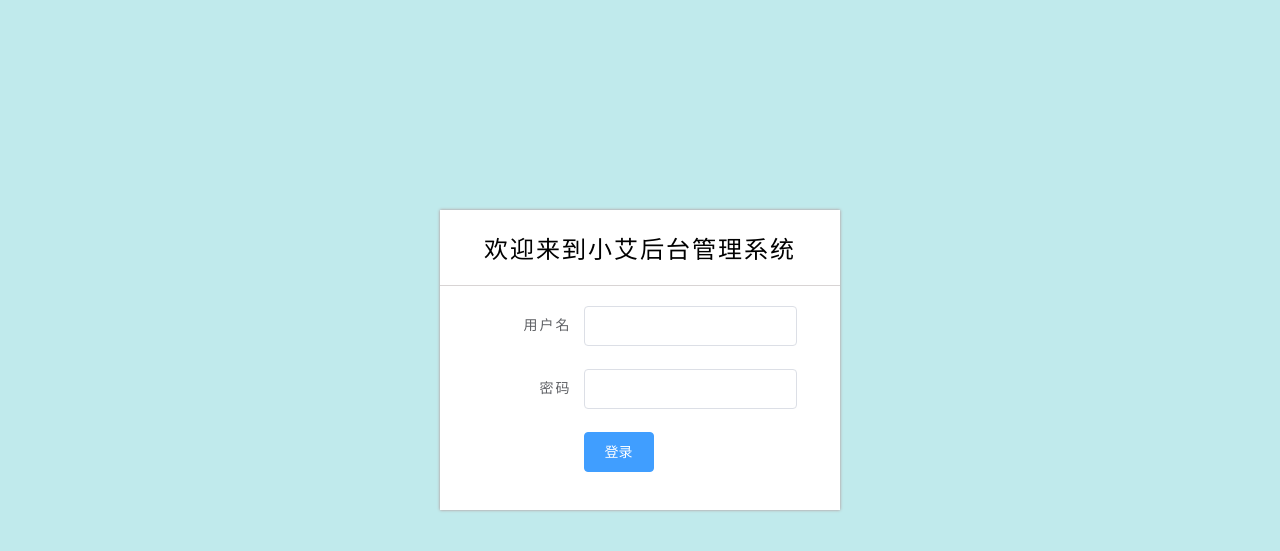
Repository: noob-injoker/router-slots-cw-ee
Page: /Login
An editor plug-in stored every save of this project. The page is shown before and after the next save, followed by the edit.
The browser window is 1280 px wide. The pictures show the whole page.
The project was rebuilt for these pictures with package versions that can differ from the ones it lists, and the page was loaded fresh each time. Also part of the build but not shown: vue.config.js, src/views/Home.vue.

Above is the page before, as saved 2020-08-28 17:36:36.

### src/main.js
import Vue from 'vue'
import App from './App.vue'
import router from './router'
import store from './store'
import './bus'
import ElementUI from 'element-ui'
import 'element-ui/lib/theme-chalk/index.css'

Vue.use(ElementUI)

Vue.config.productionTip = false

new Vue({
  router,
  store,
  render: h => h(App)
}).$mount('#app')

### src/App.vue
<template>
<div id="app">

  <router-view />

</div>
</template>

<style>
@import './styles/styles.scss';
@import './styles/common.scss';
</style>

### src/router/index.js
import Vue from 'vue'
import VueRouter from 'vue-router'
import Home from '../views/Home.vue'
import Layout from '../views/Home.vue'

Vue.use(VueRouter)

  const routes = [
    {
      path: '/',
      name: 'Layout',
      component: Layout,
      children: [

        {
          path: '',
          name: 'Home',
          component: Home
        }
        // ,
        // {
        //   path: 'cata',
        //   name: 'cata',
        //   component: () => import('../views/cata.vue')
        // }
      ]

    },
    {
      path:'/Login',
      name:"Login",
      component: () => import('../views/Login.vue'),
      meta:{
        title:'登录'
      }
    },
  // ,
  // {
  //   path: '/about',
  //   name: 'About',
  //   // route level code-splitting
  //   // this generates a separate chunk (about.[hash].js) for this route
  //   // which is lazy-loaded when the route is visited.
  //   component: () => import(/* webpackChunkName: "about" */ '../views/About.vue')
  // }

]

const router = new VueRouter({
  mode: 'history',
  base: process.env.BASE_URL,
  routes
})

export default router

### src/store/index.js
import Vue from 'vue'
import Vuex from 'vuex'

Vue.use(Vuex)

export default new Vuex.Store({
  state: {
    some:""
  },
  mutations: {
    setSome(state,data){
      state.some = data
    }
  },
  actions: {
  },
  modules: {
  }
})

### src/bus/index.js
import Vue from 'vue'
const bus = new Vue()
Vue.prototype.$bus = bus

### src/styles/common.scss
*{
  margin: 0px;
  padding: 0px;
}

.df{
  display: flex;
}
.f-1{
  flex: 1;
}
.j-center{
  display: flex;
  justify-content: center;

}
.j-bettween{
  display: flex;
  justify-content: space-between;

}
.j-around{
  display: flex;
  justify-content: space-around;
}
.j-end{
  display: flex;
  justify-content: flex-end;
}
.a-center{
  align-items: center;
}
.f-column{
  display: flex;
  flex-direction: column;
}
.p-r{
  position: relative;
}
.p-a{
  position: absolute;
}

.r1{
  border: 1px solid red;
}
.y1{
  border: 1px solid yellow;
}
.b1{
  border: 1px solid black;
}

.l-height32{
  line-height: 32px;
}
.w100{

  width: 100%;

}
.t-center{
  text-align: center;

}
.f12{
  font-size: 12px;
}

.w1170{
  width: 1170px;
}
.h100{
  height: 100px;
}
.h70{
  height: 70px;
}
.h436{
  height: 436px;
}
.h350{
  height: 350px;
}
.w1070{
  width: 1070px;
}
.h1590{
  height: 1590px;
}
.h726{
  height: 726px;
}
.w1054{
  width: 1054px;
}
.h160{
  height: 160px;
}
.w732{
  width: 732px;
}
.b2{
  border: 2px solid black;
}
.h434{
  height: 434px;

}
.h600{
  height: 600px;
}
.w1078{
  width: 1078px;
}
.h362{
  height: 362px;
}
.fs16{
  font-size: 16px;
}
.w652{
  width: 652px;

}
.h82{
  height: 82px;
}
.w1064{
  width: 1064px;
}
.h352{
  height: 352px;
}
.w286{
  width: 286px;
}
.h22{
  height: 22px;
}
.w290{
  width: 290px;
}
.h330{
  height: 330px;
}
.mt40{
  margin-top: 40px;
}
.h724{
  height: 724px;
}
.h630{
  height: 630px;

}
.w1058{
  width: 1058px;
}
.h160{
  height: 160px;
}
.w290{
  width: 290px;
}
.w738{
  width: 738px;
}
.w1170{
  width: 1170;
}
.h468{
  height: 468px;
}
.mt20{
  margin-top: 20px;
}
.h318{
  height: 318px;
}
.w652{
  width: 652px;
}
.w370{
  width: 370px;
}
.h314{
  height: 314px;
}
.g1{
  border: 1px solid gray;
}
.w146{
  width: 146px;
}
.box_content3_pic img{
  width: 100%;
  height: 100%;
}
.w488{
  width: 488px;
}
.h420{
  height: 420px;
}
.h234{
  height: 234px;
}
.w950{
  width: 950px;
}
.h68{
  height: 68px;
}
.w124{
  width: 124px;
}
.h50{
  height: 50px;
}
.w190{
  width: 190px;
}
.h44{
  height: 44px;
}
.w184{
  width: 184px;
}
.h32{
  height: 32px;
}
.h400{
  height: 400px;
}
.w1200{
  width: 1200px;
}
.w950{
  width: 950px;

}
.h630{
  height: 630px;
}
.h188{
  height: 188px;
}
.h380{
  height: 380px;
}
.h335{
  height: 335px;
}
.h138{
  height: 138px;
}
.w238{
  width: 238px;
}
.h668{
  height: 668px;
}
.h446{
  height: 446px;
}
.w460{
  width: 460px;
}
.w140{
  width: 140px;
}
.h140{
  height: 140px;
}
.w320{
  width: 320px;
}
.w950{
  width: 950px;

}
.h498{
  height: 498px;
}
.h100{
  height: 100px;
}
.h398{
  height: 398px;
}
.mb10{
  margin-bottom: 10px;
}
.w358{
  width: 358px;
}
.w440{
  width: 440px;
}
.w119{
  width: 119px;
}
.h30{
  height: 30px;
}
.w59{
  width: 59px;
}
.h88{
  height: 88px;
}
.w1000{
  width: 1000px;
}
.height{
  height: 460px;
}
.w120{
  width: 120px;
}
.h70{
  height: 70px;
}
.fs12{
  font-size: 12px;
}
.fs14{
  font-size: 14px;
}
.h509{
  height: 509px;
}
.w644{
  width: 644px;
}
.w274{
  width: 274px;
}
.w162{
  width: 274px;
}
.h104{
  height: 104px;
}
.w450{
  width: 450px;
}
.w162{
  width: 162px;
}
.h38{
  height: 38px;
}
.h40{
  height: 40px;
}
.w276{
  width: 276px;
}
.h320{
  height: 320px;
}
.w274{
  width: 274px;

}
.h76{
  height: 76px;
}
.h84{
  height: 84px;
}
.h140{
  height: 140px;
}
.h72{
  height: 72px;
}
.h80{
  height: 80px;
}
.h140{
  height: 140px;
}
.w98{
  width: 98px;
}
.w172{
  width: 172px;
}
.h310{
  height: 310px;
}
.h150{
  height: 150px;
}
.h40{
  height: 40px;
}
.pr{
  position: relative;
}
.pa{
  position: absolute;
}
.h176{
  height: 176px;
}
.w920{
  width: 920px;
}
.h122{
  height: 122px;
}
.h145{
  height: 145px;
}
.h108{
  height: 108px;
}
.h48{
  height: 48px;
}
.w612{
  width: 612px;
}
.h36{
  height: 36px;
}
.w322{
  width: 322px;
}
.w1002{
  width: 1002px;
}
.h98{
  height: 98px;
}
.h44{
  height: 44px;
}

.h328{
  height: 328px;
}
.w670{
  width: 670px;
}
.w258{
  width: 258px;
}
.h368{
  height: 368px;
}
.h308{
  height: 308px;
}
.w332{
  width: 332px;
}
.h590{
  height: 590px;
}
.h466{
  height: 466px;
}
.w242{
  width: 242px;
}
.w732{
  width: 732px;
}
.h42{
  height: 42px;
}
.w420{
  width: 420px;
}
.w270{
  width: 270px;
}
.w730{
  width: 730px;
}
.h150{
  height: 150px;
}
.w270{
  width: 270px;
}
.h120{
  height: 120px;
}
.w420{
  width: 420px;
}

.h150{
  height: 150px;
}
.w244{
  width: 244px;

}
.h276{
  height: 276px;
}
.h42{
  height: 42px;
}
.h490{
  height: 490px;
}
.f1{
  flex: 1;
}
.f5{
  flex: 5;
}
.h64{
  height: 64px;
}
.m-l-20{
  margin-left: 20px;
}
.p-l-8{

  padding-left: 8px;
}
.cw{
  color: white;
}
.bg_blue{
  background: rgb(87, 87, 128);
}
.p10{
  padding:10px;
}
.m-t-40{
  margin-top: 40px;
}
.m-t-10{
  margin-top: 10px;
}
.wb20{
  width: 20%;
}
.wb24{
  width: 24%;
}
.hb30{
  height: 30%;
}
.h60{
  height: 60px;
}
.fs22{
  font-size: 40px;
}
.h50{
  height: 50px;
}
.w200{
  width: 200px;
}
.m-t-10{
  margin-top: 10px;
}
.fw7{
  font-weight: 700;
}
.w200{
  width: 200px;
}
.h200{
  height: 200px;
}
.h602{
  height: 602px;
}
.h608{
  height: 607px;
}
.m-l-r-20{
  margin-left: 20px;
  margin-right: 20px;
}
.bgwhite{
  background: white;
}
.fixed{
  position: fixed;
}
.m-l-r-15{
  margin-left: 15px;
  margin-right: 15px;
}
.m-l-10{
  margin-left: 10px;
}
.m-t-15{
  margin-top:15px
}
.h40{
  height: 40px;
}
.bgw{
  background: white;
}
.h30{
  height: 30px;
}
.wb100{
  width: 100%;
}
.w300{
  width: 400px;
}
.h40{
  height: 40px;
}
.m-b-20{
  margin-bottom: 20px;
}
.m-t-20{
  margin-top: 20px;
}
.m-r-30{
  margin-right:30px;
}
.ccc{
  display: flex;
  align-items: center;
  justify-content: center;
}
.w00{
  width: 100%;

}
.h00{
  height: 100%;
}
.bgBlue{
  background: blue;
}
.bgBlack{
  background: black;
}
.bgGreen{
  background: green;
}

### src/views/Login.vue
<template>
<div class="box">

  <div class="login-box">
  <div class="title ">欢迎来到小艾后台管理系统</div>
  <div class="line"></div>
    <el-form :model="ruleForm" :rules="rules" ref="ruleForm" label-width="100px" class="demo-ruleForm">

      <el-form-item label="用户名" prop="用户名">
        <el-input v-model="ruleForm.username"></el-input>
      </el-form-item>

      <el-form-item label="密码" prop="密码">
        <el-input type="password" v-model="ruleForm.password"></el-input>
      </el-form-item>

      <el-form-item>

        <el-button type="primary" @click="submitForm('ruleForm')">登录</el-button>

      </el-form-item>

    </el-form>
  </div>
</div>
</template>

<script>
export default {
  name: '',
  props: {},
  components: {

  },
  data() {
    return {
      ruleForm: {
        username: '',
        password: "",
      },
      rules: {
        username: [{
            required: true,
            message: '请输入用户名',
            trigger: 'blur'
          },
          {
            min: 3,
            max: 5,
            message: '长度在 3 到 5 个字符',
            trigger: 'blur'
          }
        ],
        password: [{
            required: true,
            message: '请输入密码',
            trigger: 'blur'
          },
          {
            min: 3,
            max: 5,
            message: '长度在 3 到 5 个字符',
            trigger: 'blur'
          }
        ]
      }

    }
  },
  methods: {

    submitForm(formName) {
      this.$refs[formName].validate((valid) => {
        if (valid) {
          alert('submit!');
        } else {
          console.log('error submit!!');
          return false;
        }
      });
    }

  },
  mounted() {

  },
  watch: {

  },
  computed: {

  }
}
</script>

<style lang="scss" scoped>
.line{
  text-align: left !important;
}
.line{
  margin: 20px auto;
  width: 100%;
  height: 1px;
  background: rgb(216, 212, 212);
}
.b1{
  border: 1px solid red;
}
.title{
  margin-top:20px;
  font-size: 24px;
}
.el-input__inner{
  background: white;
}
.box{
letter-spacing: 2px;
background: rgb(192, 234, 236);
width: 100%;
height: 100%;
position: absolute;

}
.login-box {
  position: absolute;
  margin: auto;
  left: 0;
  right: 0;
  top: 0;
  bottom: 0;
  width: 400px;
  height: 300px;
  background: white;
  box-shadow:  0 0 3px rgb(177, 140, 140);
  display: flex;
  flex-direction: column;
  align-items: center;

}
</style>

Loaded but not shown: public/index.html (common file); src/styles/styles.scss (no stored copy; drawn as an empty file)

After the next save:
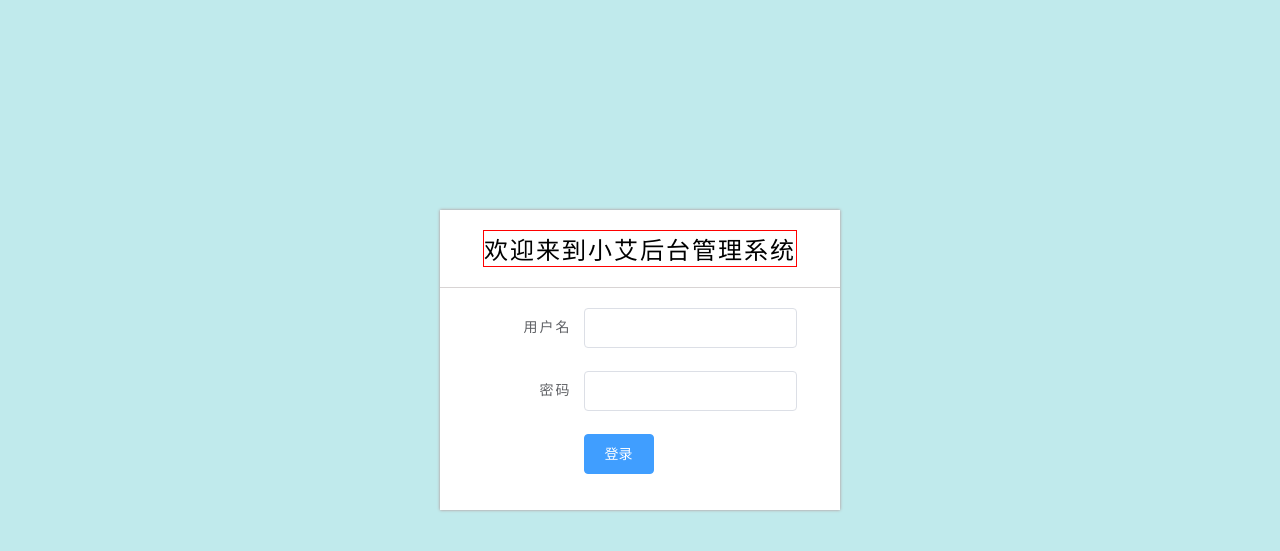
Saved 15 s later.
--- a/src/views/Login.vue
+++ b/src/views/Login.vue
@@ -2,7 +2,7 @@
 <div class="box">
 
   <div class="login-box">
-  <div class="title ">欢迎来到小艾后台管理系统</div>
+  <div class="title r1 ">欢迎来到小艾后台管理系统</div>
   <div class="line"></div>
     <el-form :model="ruleForm" :rules="rules" ref="ruleForm" label-width="100px" class="demo-ruleForm">
 

After the save that followed:
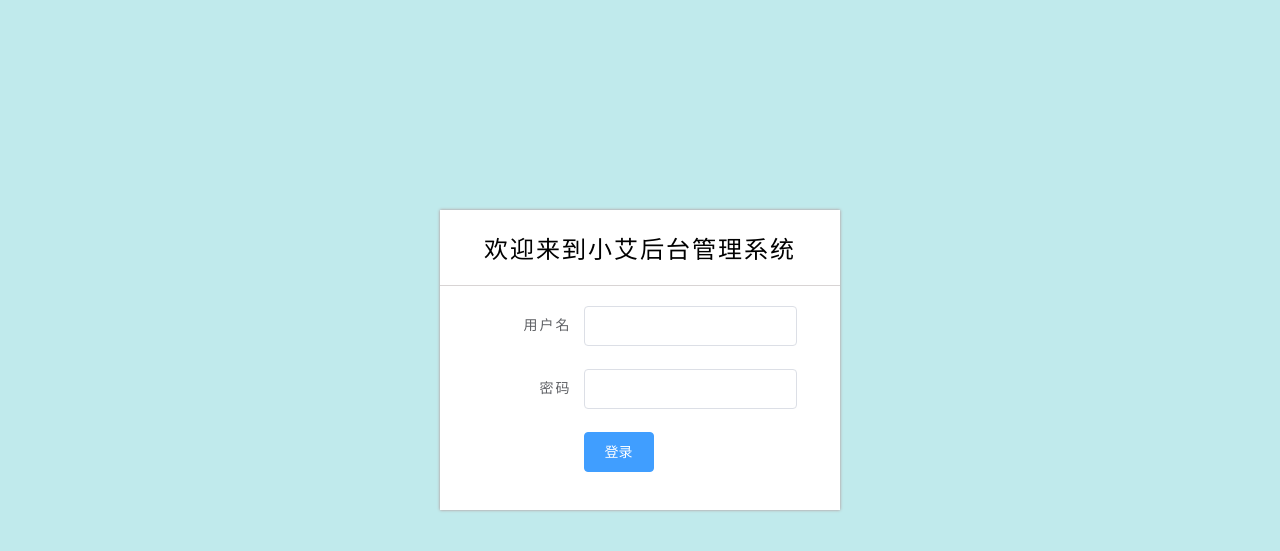
Saved 14 s later.
--- a/src/views/Login.vue
+++ b/src/views/Login.vue
@@ -2,7 +2,7 @@
 <div class="box">
 
   <div class="login-box">
-  <div class="title r1 ">欢迎来到小艾后台管理系统</div>
+  <div class="title ">欢迎来到小艾后台管理系统</div>
   <div class="line"></div>
     <el-form :model="ruleForm" :rules="rules" ref="ruleForm" label-width="100px" class="demo-ruleForm">
 
